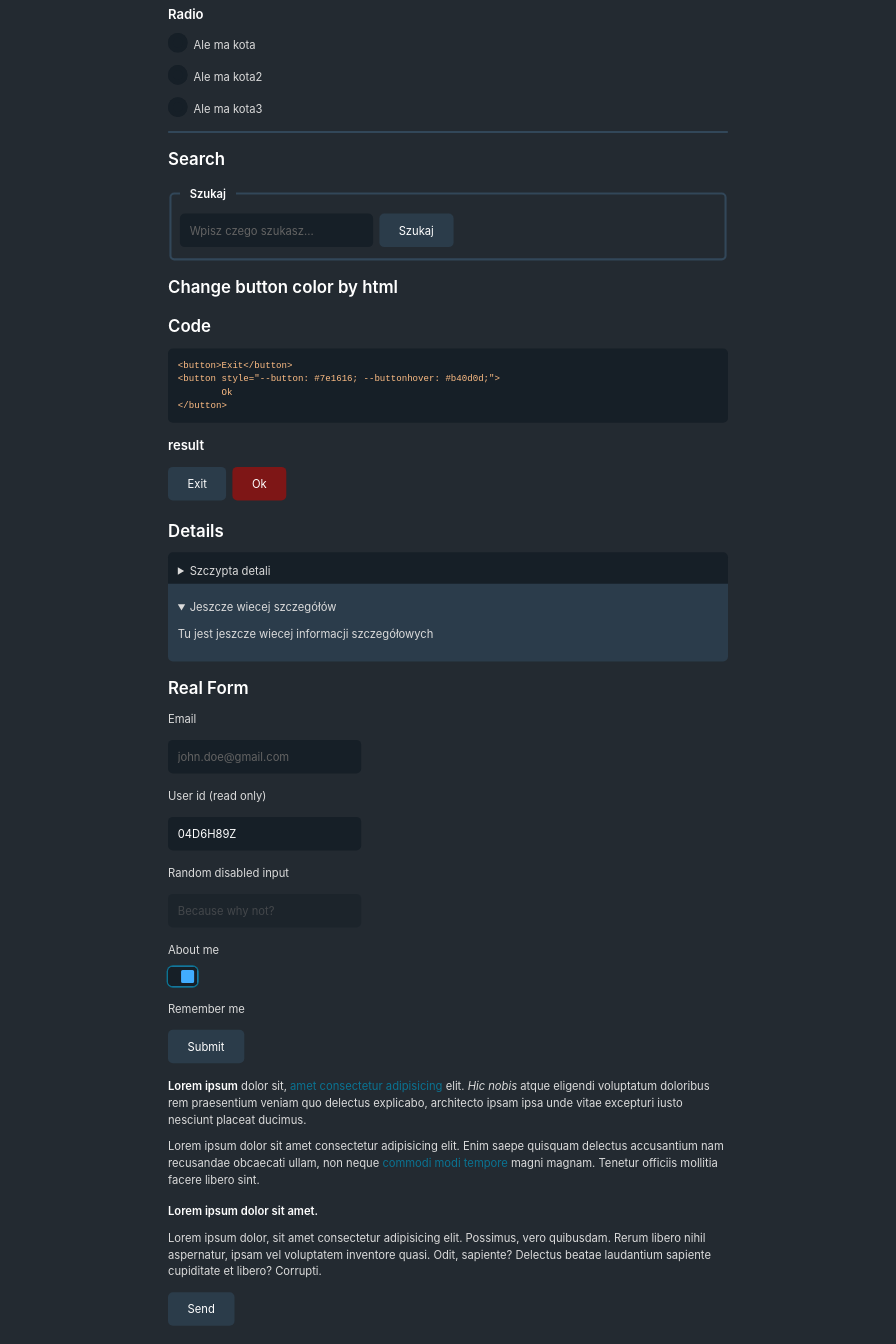
Repository: KozakBartosz/Draft
Page: index.html
The author's editor kept a copy of each file at every save. The page is drawn from the files as they stood at one save, then again after the next save.
The browser window is 1280 px wide. The pictures show the part of the page from y = 2740 to 4660 px (the page is 4660 px tall before and 4653 px after), at 70% of full size.

Above is the page before, as saved 2019-04-12 08:53:51.

After the next save:
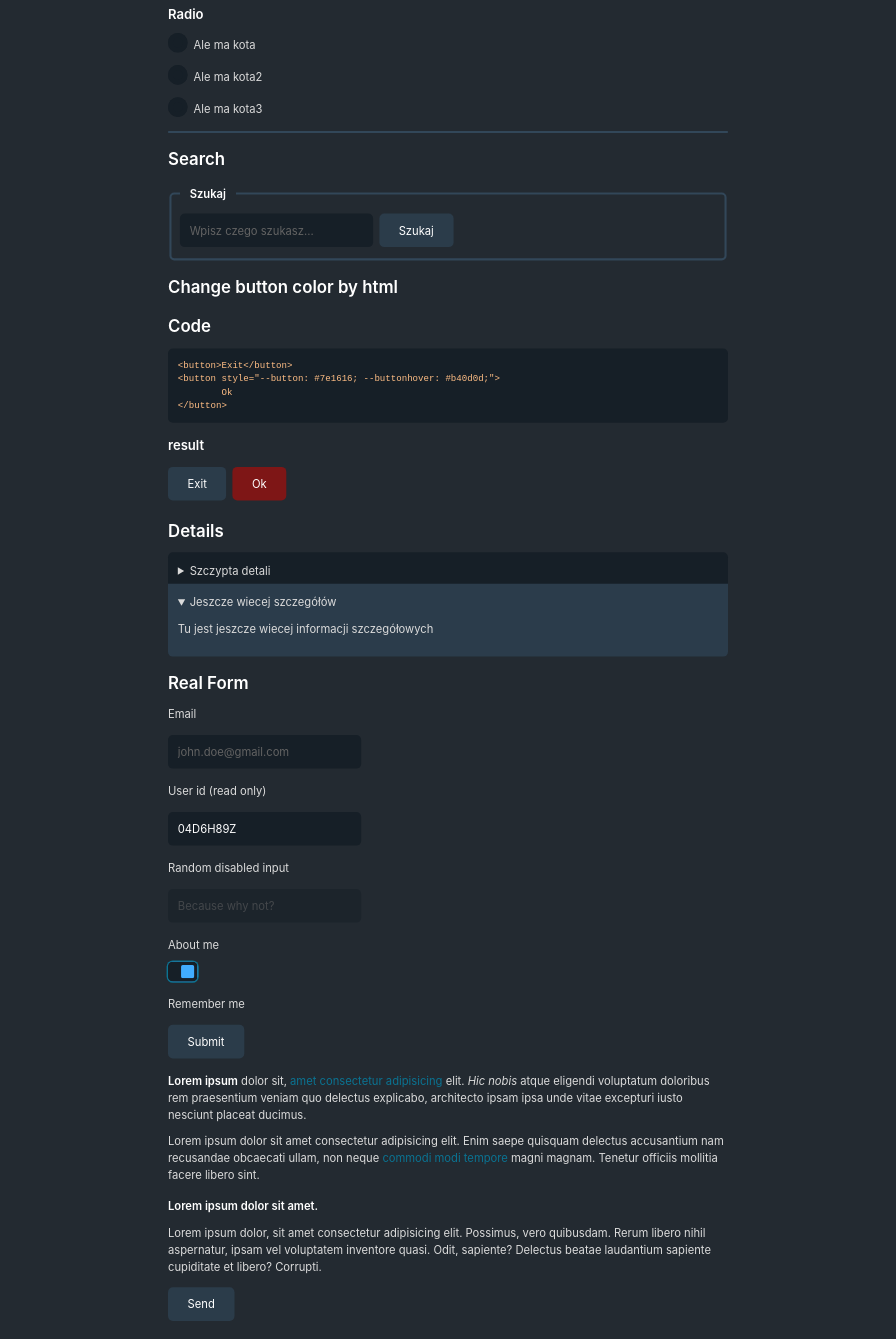
Saved 58 s later.
--- a/draft.css
+++ b/draft.css
@@ -334,7 +334,7 @@ details {
 }
 details + details {
 	margin-top: calc(var(--radius) * -1);
-	padding-top: calc(var(--mainpaddng) + var(--radius));
+	border-top: var(--radius) solid var(--low);
 	border-top: none;
 	border-radius: 0 0 var(--radius) var(--radius);
 }
